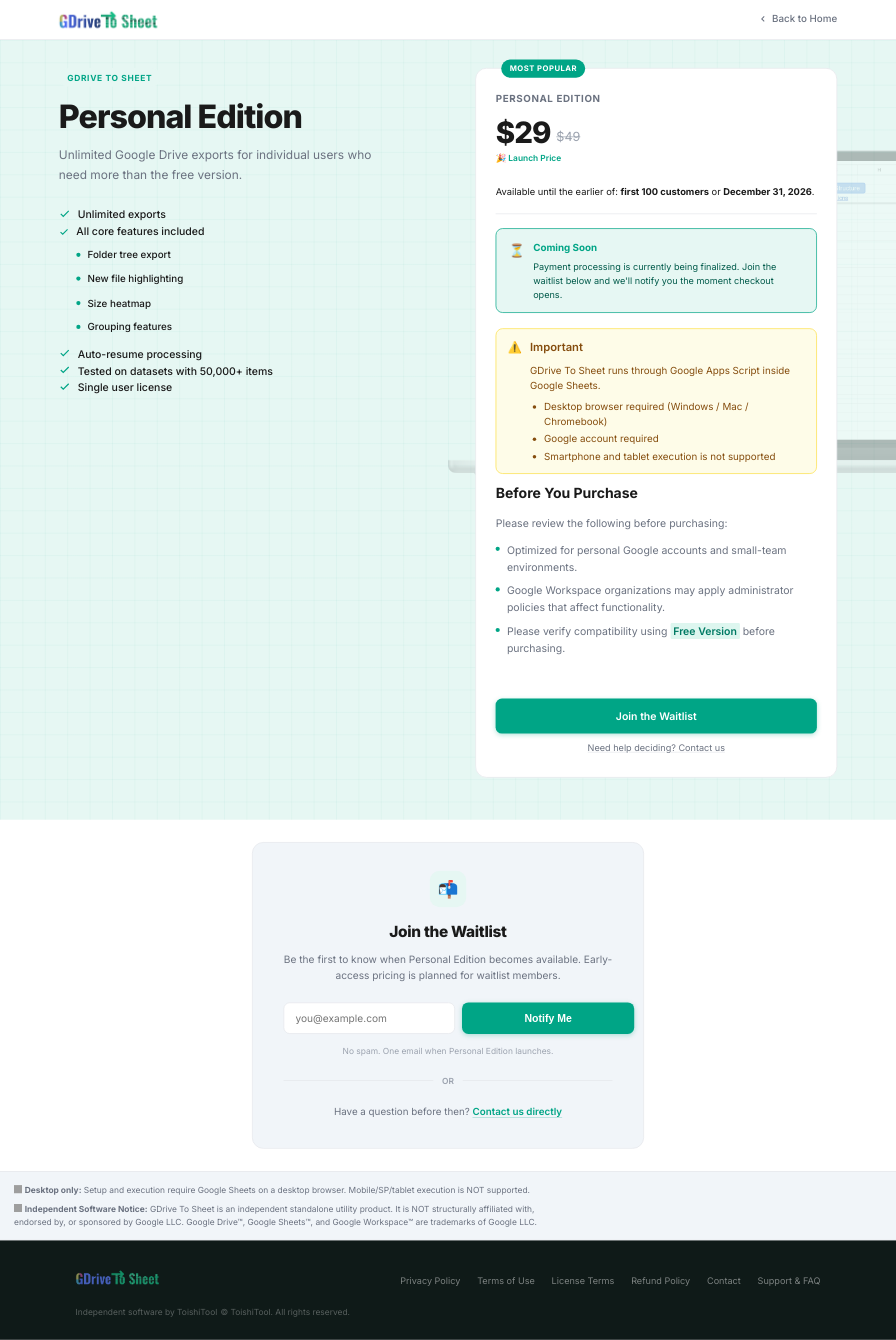
Repository: toishitool/gdrive-to-sheet
Page: personal-edition.html
An editor plug-in stored every save of this project. The page is shown before and after the next save, followed by the edit.
The browser window is 1280 px wide. The pictures show the whole page, at 70% of full size.
Pictures or frames that could not be fetched are drawn as grey boxes.

Above is the page before, as saved 2026-06-24 20:06:54.

### personal-edition.html
<!DOCTYPE html>
<html lang="en" class="scroll-smooth">

<head>
  <meta charset="UTF-8" />
  <meta name="viewport" content="width=device-width, initial-scale=1.0" />
  <title>Personal Edition – GDrive To Sheet</title>
  <meta name="description"
    content="Unlimited Google Drive exports for individual users. Personal Edition launch pricing — coming soon." />
  <link rel="canonical" href="https://toishitool.github.io/gdrive-to-sheet/personal-edition.html" />

  <link rel="preconnect" href="https://fonts.googleapis.com" />
  <link rel="preconnect" href="https://fonts.gstatic.com" crossorigin />
  <link href="https://fonts.googleapis.com/css2?family=Inter:wght@300;400;500;600;700;800&display=swap"
    rel="stylesheet" />

  <link rel="stylesheet" href="style.css">
</head>

<body>
  <div id="header-container"></div>
  <section class="hero grid-bg" aria-label="Personal Edition" style="
    background-color: var(--primary-light);
">


    <img src="images/Macbook_Air_M2_Silver_Flatten.png" alt="Google Sheet Copy Document Interface" style="
    position: absolute;
    top: 35%;
    left: 80%;
    transform: translate(-50%, -50%);
    width: 60%;
    height: auto;
    opacity: 0.25;
    z-index: 0;
    pointer-events: none;
  ">


    <div class="container">
      <div class="hero-grid">

        <div class="hero-copy">
          <span class="eyebrow">GDrive To Sheet</span>
          <h1>Personal Edition</h1>
          <p class="sub">Unlimited Google Drive exports for individual users who need more than the free version.</p>
          <div class="feature-container">
            <ul class="feature-list">
              <li><svg width="17" height="17" fill="none" stroke="currentColor" stroke-width="2.5" viewBox="0 0 24 24">
                  <polyline points="20 6 9 17 4 12" />
                </svg> Unlimited exports</li>
              <li style="display: block;">
                <div style="display: flex; align-items: center; gap: 10px;">
                  <svg width="15" height="15" fill="none" stroke="var(--primary)" stroke-width="2.5"
                    viewBox="0 0 24 24">
                    <polyline points="20 6 9 17 4 12" />
                  </svg>
                  <span>All core features included</span>
                </div>
                <ul
                  style="list-style: none; padding-left: 25px; margin-top: 10px; margin-bottom: 16px; display: flex; flex-direction: column; gap: 12px;">
                  <li style="display: flex; align-items: center; gap: 10px; font-size: 14px;">
                    <span
                      style="width: 6px; height: 6px; background-color: var(--primary); border-radius: 50%; flex-shrink: 0;"></span>
                    <span>Folder tree export</span>
                  </li>
                  <li style="display: flex; align-items: center; gap: 10px; font-size: 14px;">
                    <span
                      style="width: 6px; height: 6px; background-color: var(--primary); border-radius: 50%; flex-shrink: 0;"></span>
                    <span>New file highlighting</span>
                  </li>
                  <li style="display: flex; align-items: center; gap: 10px; font-size: 14px;">
                    <span
                      style="width: 6px; height: 6px; background-color: var(--primary); border-radius: 50%; flex-shrink: 0;"></span>
                    <span>Size heatmap</span>
                  </li>
                  <li style="display: flex; align-items: center; gap: 10px; font-size: 14px;">
                    <span
                      style="width: 6px; height: 6px; background-color: var(--primary); border-radius: 50%; flex-shrink: 0;"></span>
                    <span>Grouping features</span>
                  </li>
                </ul>
              </li>
              <li><svg width="17" height="17" fill="none" stroke="currentColor" stroke-width="2.5" viewBox="0 0 24 24">
                  <polyline points="20 6 9 17 4 12" />
                </svg> Auto-resume processing</li>
              <li><svg width="17" height="17" fill="none" stroke="currentColor" stroke-width="2.5" viewBox="0 0 24 24">
                  <polyline points="20 6 9 17 4 12" />
                </svg> Tested on datasets with 50,000+ items</li>
              <li><svg width="17" height="17" fill="none" stroke="currentColor" stroke-width="2.5" viewBox="0 0 24 24">
                  <polyline points="20 6 9 17 4 12" />
                </svg> Single user license</li>

            </ul>
          </div>
        </div>
        <div class="price-card">
          <span class="price-card-badge">Most Popular</span>
          <div class="price-name">Personal Edition</div>
          <div class="price-amount">
            <span class="price-now">$29</span>
            <span class="price-was">$49</span>
          </div>
          <div class="price-label-row">
            <span class="launch">🎉 Launch Price</span>
          </div>
          <div class="launch-notice">
            <small> Available until the earlier of: <strong>first 100 customers</strong> or <strong>December 31, 2026</strong>. </small> </div>
          <div class="price-divider"></div>

          <div class="coming-soon">
            <span class="cs-icon">⏳</span>
            <div>
              <h3>Coming Soon</h3>
              <p>Payment processing is currently being finalized. Join the waitlist below and we'll notify you the
                moment checkout opens.</p>
            </div>
          </div>


                    <div class="highlight-card light-notice">
  <span class="cs-icon">⚠️</span>
  <div><h3>Important</h3><p>
    GDrive To Sheet runs through Google Apps Script inside Google Sheets.
  </p>

  <ul>
    <li>Desktop browser required (Windows / Mac / Chromebook)</li>
    <li>Google account required</li>
    <li>Smartphone and tablet execution is not supported</li>
  </ul>
</div></div>

          <div class="policy-section">
            <h2>Before You Purchase</h2>
            <p>Please review the following before purchasing:</p>
            <ul>
              <li>Optimized for personal Google accounts and small-team environments.</li>
              <li>Google Workspace organizations may apply administrator policies that affect functionality.</li>
              <li>
                <div>Please verify compatibility using <a href="free-download.html"
                    class="hover-underline bg-highlight"><strong style="color: var(--primary-dark);">Free
                      Version</strong></a> before purchasing.</div>
              </li>

            </ul>
          </div>

          <a href="#waitlist" class="btn btn-primary price-card-btn">Join the Waitlist</a>
          <a href="#waitlist" class="price-secondary-link">Need help deciding? Contact us</a>
        </div>
      </div>
    </div>
  </section>

  <section class="waitlist" id="waitlist" aria-labelledby="waitlist-heading" style="
    padding: 32px 0;
">
    <div class="container">
      <div class="waitlist-card">
        <div class="w-icon">📬</div>
        <h2 id="waitlist-heading">Join the Waitlist</h2>
        <p class="desc">Be the first to know when Personal Edition becomes available.
          Early-access pricing is planned for waitlist members.</p>

        <form class="waitlist-form" id="waitlist-form"
          action="https://docs.google.com/forms/d/e/1FAIpQLSe7KbdaFORFnTP64CwD7AC8NbCqmuysNHLGelfU1iEScVxCIA/formResponse"
          method="POST" target="hidden_iframe" >

          <input type="email" name="entry.1918369019" placeholder="you@example.com" required
            aria-label="Email address" />
          <button type="submit" class="btn btn-primary">Notify Me</button>
        </form>
        <iframe name="hidden_iframe" id="hidden_iframe" style="display:none;"></iframe>


        <div class="waitlist-success" id="waitlist-success" style="display:none;">
          <svg width="16" height="16" fill="none" stroke="currentColor" stroke-width="2.5" viewBox="0 0 24 24">
            <polyline points="20 6 9 17 4 12" />
          </svg>
          Thanks! We'll email you when checkout opens.
        </div>

        <!-- 4. JavaScript処理 -->
        <p class="waitlist-note">No spam. One email when Personal Edition launches.</p>
        <div class="waitlist-divider">OR</div>
        <p style="font-size:14px;color:var(--text-muted);">
          Have a question before then? <a href="mailto:toishitool@gmail.com" class="contact-link">Contact us
            directly</a>
        </p>
      </div>
    </div>
  </section>


  <div id="notice-container" class="notice-container"></div>
  <div id="footer-container"></div>
  <script src="js/common.js"></script>



</body>

</html>

### header.html
<nav aria-label="Main navigation">
  <div class="nav-inner">
    <a href="index.html" class="nav-logo">
      <img src="images/logo_gdrivetosheet.png" alt="GDrive To Sheet" />
    </a>
    <a href="index.html" class="nav-back hover-underline">
      <svg width="14" height="14" fill="none" stroke="currentColor" stroke-width="2.5" viewBox="0 0 24 24"><polyline points="15 18 9 12 15 6"/></svg>
      Back to Home
    </a>
  </div>
</nav>

### footer.html
<footer role="contentinfo" class="footer">
  <div class="container">
    <div class="footer-inner">
      <a href="index.html" class="footer-logo">
        <img src="images/logo_gdrivetosheet_dk.png" alt="GDrive To Sheet Home" />
      </a>

      <div class="footer-links">
        <a href="privacy-policy.html">Privacy Policy</a>
        <a href="terms.html">Terms of Use</a>
        <a href="license.html">License Terms</a>
        <a href="refund-policy.html">Refund Policy</a>
        <a href="contact.html">Contact</a>
        <a href="support.html">Support &amp; FAQ</a>
      </div>

      <div class="footer-bottom-text">
        <span class="footer-copy">Independent software by ToishiTool</span>
        <span class="footer-copy">
          © <span id="year"></span> ToishiTool. All rights reserved.
        </span>

        <script>
          document.getElementById("year").textContent =
            new Date().getFullYear();
        </script>
      </div>
    </div>
  </div>
</footer>

### notice.html

<div class="notice-block">
  <p> <img src="https://cdn.jsdelivr.net/gh/twitter/twemoji@14.0.2/assets/72x72/1f4bb.png" alt="💻" style="width: 1em; height: 1em; vertical-align: -0.1em;">
     <strong>Desktop only:</strong> Setup and execution require Google Sheets on a desktop browser. Mobile/SP/tablet execution is NOT supported. </p>
    <p><img src="https://fonts.gstatic.com/s/e/notoemoji/latest/1f54a/emoji.svg" alt="🕊️" style="width: 1em; height: 1em; vertical-align: -0.1em;">
      <strong>Independent Software Notice:</strong> GDrive To Sheet is an independent standalone utility
      product. It is NOT structurally affiliated with, endorsed by, or sponsored by Google LLC. Google Drive™, Google
      Sheets™, and Google Workspace™ are trademarks of Google LLC.</p>
  </div>

Loaded but not shown: js/common.js (157 lines, source omitted); style.css (3442 lines, source omitted)

After the next save:
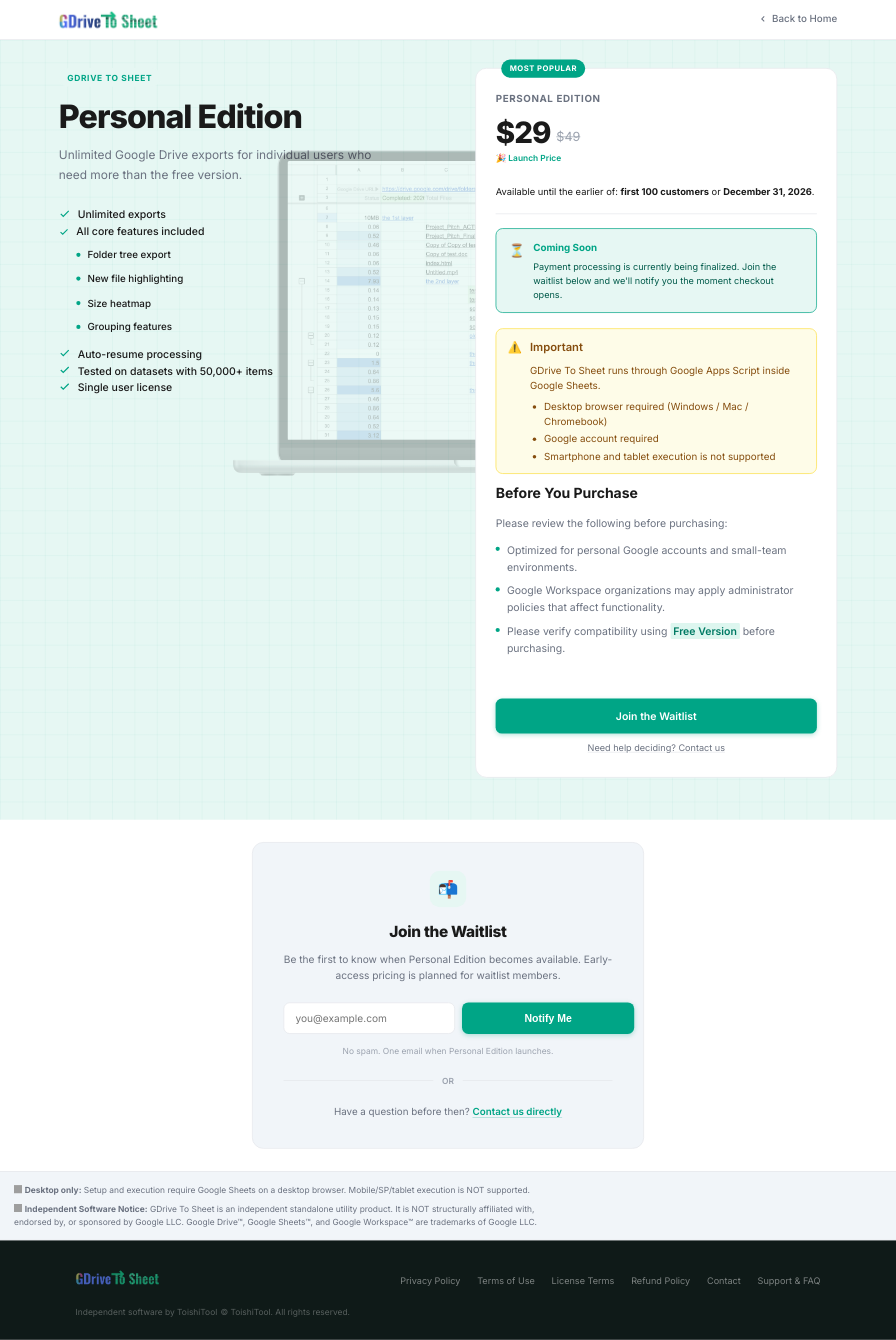
Saved 13 s later.
--- a/personal-edition.html
+++ b/personal-edition.html
@@ -27,7 +27,7 @@
     <img src="images/Macbook_Air_M2_Silver_Flatten.png" alt="Google Sheet Copy Document Interface" style="
     position: absolute;
     top: 35%;
-    left: 80%;
+    left: 56%;
     transform: translate(-50%, -50%);
     width: 60%;
     height: auto;
